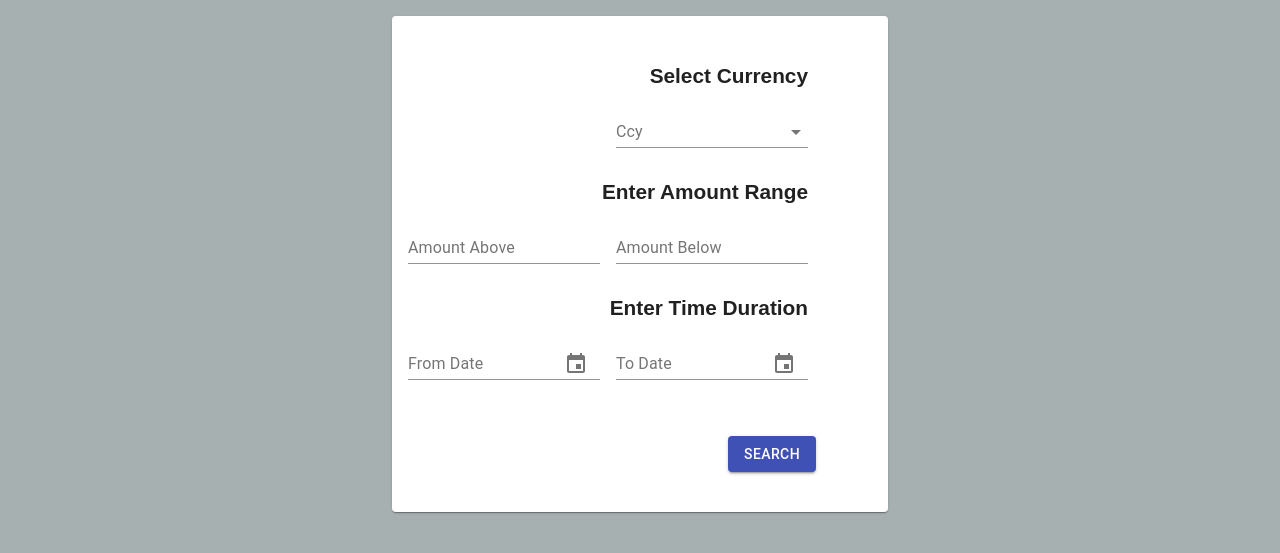
Repository: AmanullaChishty/filter
Page: /
These files come from the project's save history. The page is drawn as it stood at one moment and after the next save; the edit follows.
The browser window is 1280 px wide. The pictures show the whole page.
The project was rebuilt for these pictures with package versions that can differ from the ones it lists, and the page was loaded fresh each time. Imported but missing from the stored project, and not drawn on this page: src/reducers/simpleReducer.

Above is the page before, as saved 2020-01-26 21:53:43.

After the next save:
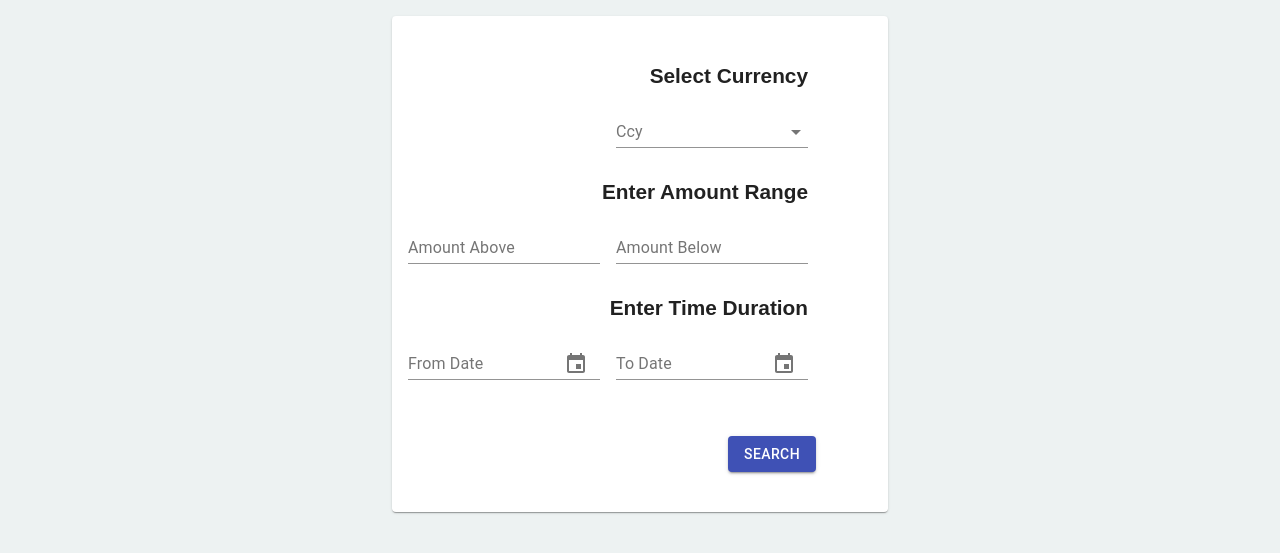
Saved 68 s later.
--- a/src/App.css
+++ b/src/App.css
@@ -1,6 +1,6 @@
 body{
 
-  background-color: #a7b0b0;
+  background-color: #edf2f2;
 }
 .App{
   text-align: center;
